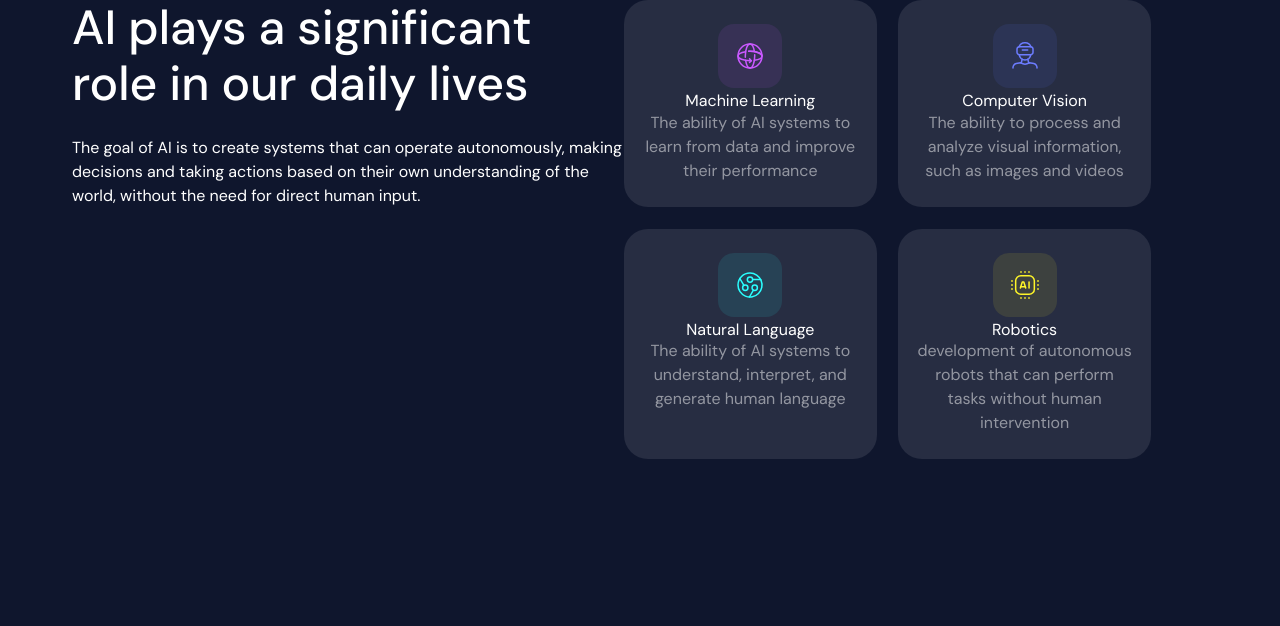
Repository: alphatra/INVO-Academy
Page: / (app in [lvl 1] Sekcja 4 obszarów AI/Starter-code/)
These files come from the project's save history. The page is drawn as it stood at one moment and after a run of saves; the edit follows.
The browser window is 1280 px wide. The pictures show the whole page.
The project was rebuilt for these pictures with package versions that can differ from the ones it lists, and the page was loaded fresh each time.

Above is the page before, as saved 2023-03-09 21:55:59.
Console error: TypeError: Cannot read properties of null (reading 'addEventListener')

### [lvl 1] Sekcja 4 obszarów AI/Starter-code/index.html
<!DOCTYPE html>
<html lang="en">

<head>
  <meta charset="UTF-8" />
  <link rel="icon" type="image/svg+xml" href="/vite.svg" />
  <meta name="viewport" content="width=device-width, initial-scale=1.0" />
  <title>INVO Academy JS Starter with Vite</title>
</head>

<!-- In order to start your challenge, remove all the content inside <div id="home-page"></div> and start coding :) -->

<body>
  <section class="hero">
    <div class="hero__header">
      <div class="hero__title"><span>AI plays a significant role in our daily lives</span></div>
      <div class="hero__description">
        <span>
          The goal of AI is to create systems that can operate
          autonomously, making decisions and taking actions based on
          their own understanding of the world, without the need for direct human input.
        </span>
      </div>
    </div>
    <div class="hero__categories">
      <div class="hero__category">
        <div class="hero__category-image">
          <img src="/public/images/ML.svg" alt="Machine Learning">
        </div>
        <div class="hero__category-title">
          <span>Machine Learning</span></div>
        <div class="hero__category-description">
          <span>The ability of AI systems to learn from data and improve their performance</span></div>
      </div>
      <div class="hero__category">
        <div class="hero__category-image">
          <img src="/public/images/CV.svg" alt="Computer Vision">
        </div>
        <div class="hero__category-title">
          <span>Computer Vision</span></div>
        <div class="hero__category-description">
          <span>The ability to process and analyze visual information, such as images and videos</span></div>
      </div>
      <div class="hero__category">
        <div class="hero__category-image">
          <img src="/public/images/NL.svg" alt="Natural Language">
        </div>
        <div class="hero__category-title">
          <span>Natural Language</span></div>
        <div class="hero__category-description">
          <span> The ability of AI systems to understand, interpret, and generate human language</span></div>
      </div>
      <div class="hero__category">
        <div class="hero__category-image">
          <img src="/public/images/AI.svg" alt="Robotics">
        </div>
        <div class="hero__category-title">
          <span>Robotics</span></div>
        <div class="hero__category-description">
          <span>development of autonomous robots that can perform tasks without human intervention</span></div>
      </div>
    </div>
  </section>


  <script type="module" src="/src/global-scripts/main.js"></script>
  <script type="module" src="/src/pages/home-page/scripts/home-page.js"></script>
</body>

</html>

### [lvl 1] Sekcja 4 obszarów AI/Starter-code/src/pages/home-page/scripts/home-page.js
/// Homepage JavaScript File
/// Here we import all the JavaScript files we need for our homepage.

import '../styles/home-page.scss'

import { setupCounter } from '../../../global-scripts/scripts/counter/counter.js'

setupCounter(document.querySelector('#counter'))

### [lvl 1] Sekcja 4 obszarów AI/Starter-code/src/global-styles/style.scss
/// Main Styles File
/// Here we import all the global Styles files we need for our project.

@import "styles/normalize.scss";
@import "styles/root.scss";
@import "styles/fonts.scss";

body {
  font-family: 'Roboto', sans-serif;
  color: var(--color-primary);
}

p {
  color: var(--color-on-surface);
}

### [lvl 1] Sekcja 4 obszarów AI/Starter-code/src/pages/home-page/styles/home-page.scss
    /// Homepage Styles File
    /// Here we import all the Styles files we need for our Homepage.

    body {
        background-color: #0F162D;
    }

    h1,
    p,
    span {
        font-family: 'DM Sans', sans-serif;
        color: white;
    }

    .hero {
        max-width: 1136px;
        margin:  auto auto;
        display: flex;
        align-items: flex-start;

        &__header {
            margin-right: auto;
            }

        &__title{
            margin-block-start: 0;
            font-size: 48px;
            line-height: 56px;
            font-weight: 500;
            letter-spacing: -0.002em;
            margin-bottom: 24px
        }
        &__description{
            font-size: 16px;
            line-height: 24px;
            font-weight: 400;
        }

        &__categories {
            display: grid;
            margin-right: 5%;
            grid-template-columns: repeat(2, minmax(45%, 1fr));
            column-gap: 4%;
            row-gap: 5%;
            text-align: center;
        }

        &__category {
                background: #272D42;
                border-radius: 24px;
                color: white;
                padding-top: 24px;
                padding-bottom: 24px;
                padding-left: 16px;
                padding-right: 16px;
                transition: box-shadow 0.2s ease-in-out;

                &-image{

                }
                &-title{

                }
                &-description {
                    font-size: 16px;
                    line-height: 24px;
                    font-weight: 400;
                    opacity: 0.5;
                }
            }

            &__category:hover {
                box-shadow: 0 0 10px #fff, 0 0 20px #fff, 0 0 40px #0F162D, 0 0 60px #0F162D;
            }
        }

        @media screen and (max-width: 834px) {
            main {
                display: grid;
                gap: 5%;
                margin-top: 30%;
                padding: 0 20%;
            }

            .header {
                margin-right: 0;

                &__text {
                    margin-right: 0;
                    padding: 0;
                }
            }

            .categories {
                margin-right: auto;

            }
        }

        @media screen and (max-width: 375px) {
            main {
                margin-top: 14%;
                gap: 2%;
                display: grid;
                flex-direction: column;
                padding: 0 5%;
            }

            .header {
                &__text {
                    h1 {
                        font-size: 32px;
                        line-height: 40px;
                    }

                    span {
                        font-size: 16px;
                        line-height: 24px;
                    }
                }
            }

            .categories {
                grid-template-columns: repeat(1, 100%);
                row-gap: 3%;
            }

        }

### [lvl 1] Sekcja 4 obszarów AI/Starter-code/src/global-scripts/scripts/counter/counter.js
/// Sample js file for demo purposes
/// Remember to always export your functions
/// so that they can be used in other files

export function setupCounter(element) {
  let counter = 0
  const setCounter = (count) => {
    counter = count
    element.innerHTML = `script test - count is ${counter}`
  }
  element.addEventListener('click', () => setCounter(counter + 1))
  setCounter(0)
}

### [lvl 1] Sekcja 4 obszarów AI/Starter-code/src/global-styles/styles/root.scss
/// Root Styles file
/// Here we define all the root variables we need for our project.
/// For examples see Material Design color system: https://m2.material.io/design/color/the-color-system.html

:root {
    --color-primary: #5721f2;
    --color-on-surface: #000;
}

### [lvl 1] Sekcja 4 obszarów AI/Starter-code/src/global-styles/styles/fonts.scss
/// Main Fonts File
/// Here we import all the fonts files we need for our project.

@import url('https://fonts.googleapis.com/css2?family=Roboto:ital,wght@0,100;0,300;0,400;0,500;0,700;0,900;1,100;1,300;1,400;1,500;1,700;1,900&display=swap');
@import url('https://fonts.googleapis.com/css2?family=DM+Sans:wght@400;500&display=swap');

Loaded but not shown: [lvl 1] Sekcja 4 obszarów AI/Starter-code/src/global-scripts/main.js (common file); [lvl 1] Sekcja 4 obszarów AI/Starter-code/src/global-styles/styles/normalize.scss (common file)

After the next 3 saves:
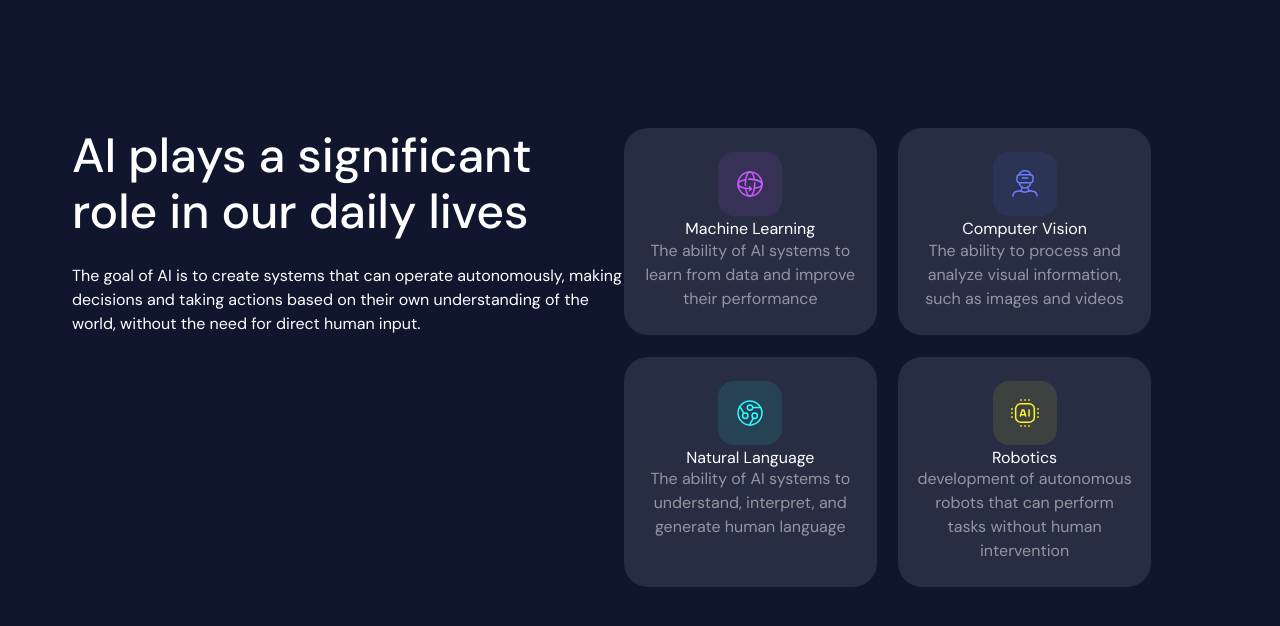
The 3 saves are shown as one change because they came seconds apart.
The last was saved 10 s later.
--- a/[lvl 1] Sekcja 4 obszarów AI/Starter-code/src/pages/home-page/styles/home-page.scss
+++ b/[lvl 1] Sekcja 4 obszarów AI/Starter-code/src/pages/home-page/styles/home-page.scss
@@ -14,7 +14,7 @@
 
     .hero {
         max-width: 1136px;
-        margin:  auto auto;
+        margin:  10% auto;
         display: flex;
         align-items: flex-start;
 
